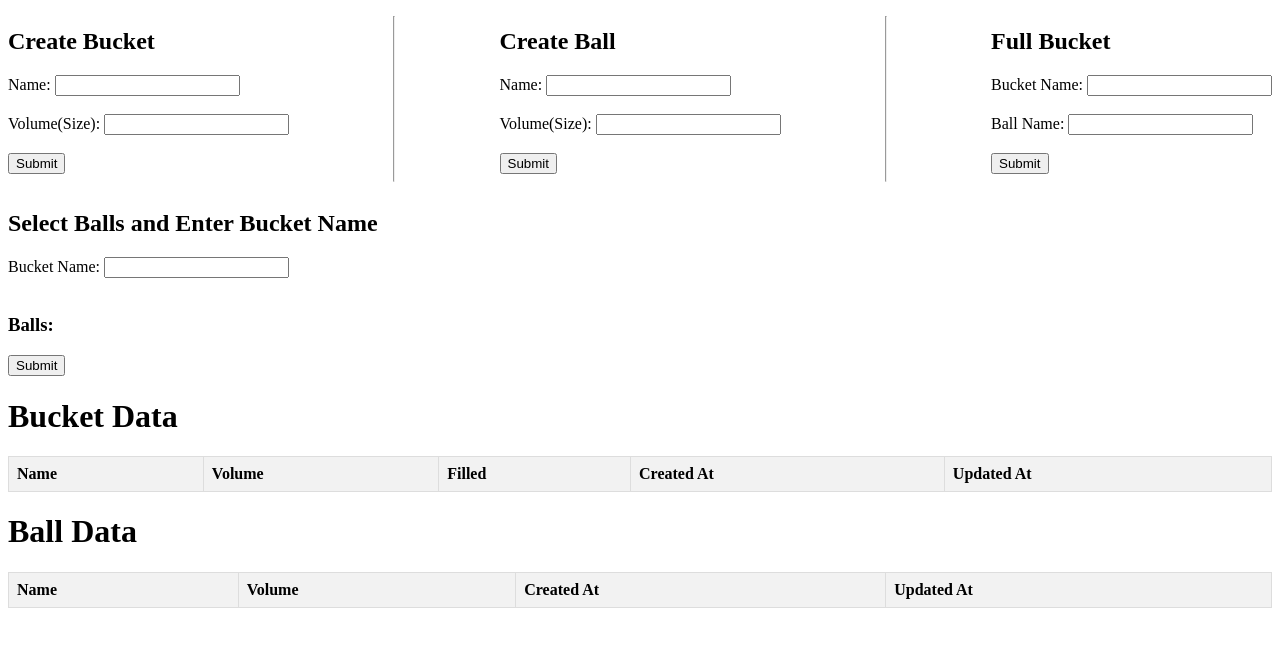
Repository: RajatPalankar8/nodejs_bucket_ball_task_new
Page: http://localhost/
The author's editor kept a copy of each file at every save. The page is drawn from the files as they stood at one save, then again after the next save.
The browser window is 1280 px wide. The pictures show the whole page.
The page is served by the project's Node server (index.js). Queries for data that is not in the repository find no rows.

Above is the page before, as saved 2023-07-28 15:17:16.

After the next save:
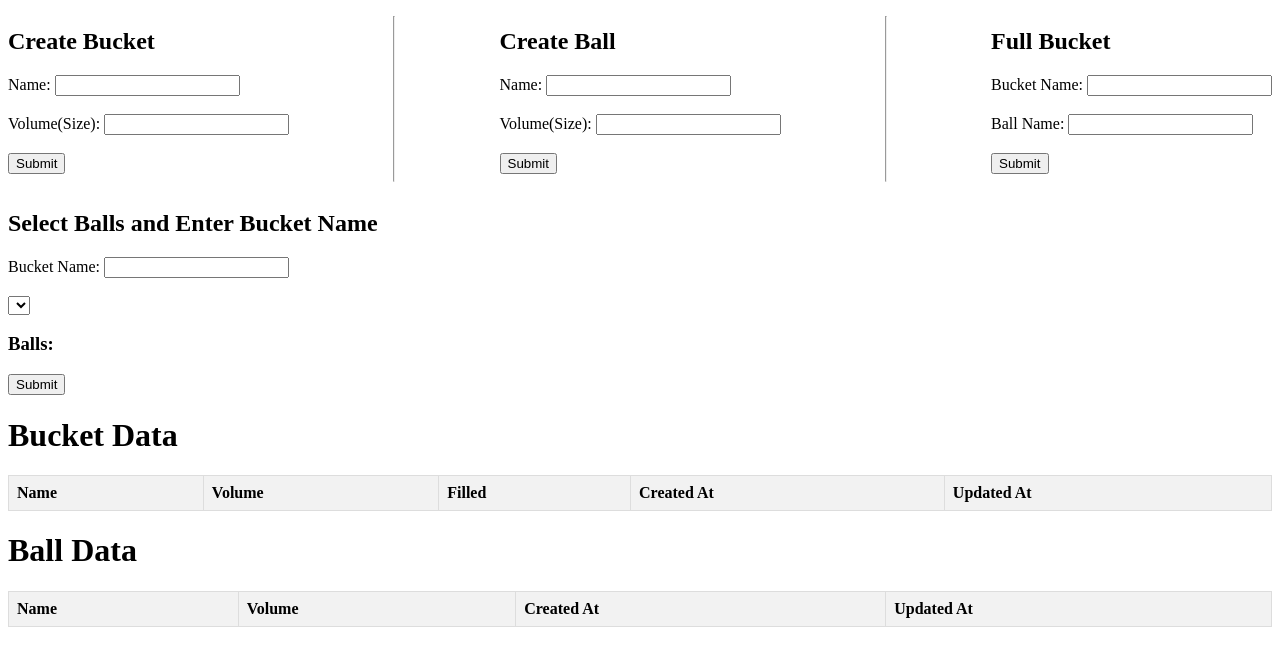
Saved 6 min 8 s later.
--- a/views/index.ejs
+++ b/views/index.ejs
@@ -61,7 +61,9 @@
   <form id="ballForm">
     <label for="bucketName">Bucket Name:</label>
     <input type="text" id="bucketName" name="bucketName"><br><br>
-
+    <select id="bucketNameSelect" name="bucketNameSelect">
+      <!-- The "Bucket Name" dropdown options will be dynamically added here -->
+    </select>
     <h3>Balls:</h3>
     <div id="ballList">
       <!-- Ball data from MongoDB will be dynamically added here -->
@@ -254,6 +256,25 @@
     });
   }
 
+  function fetchBucketOptions() {
+    axios.get('/api/getBucketOptions') // Replace "/api/getBucketOptions" with your server's endpoint for fetching bucket options
+      .then(response => {
+        const bucketOptions = response.data; // Assuming the response is an array of objects with value and label properties
+        populateBucketOptions(bucketOptions);
+      })
+      .catch(error => console.error('Error fetching bucket options:', error));
+  }
+
+  function populateBucketOptions(options) {
+    const bucketNameSelect = document.getElementById('bucketNameSelect');
+    options.forEach(option => {
+      const optionElement = document.createElement('option');
+      optionElement.value = option.value;
+      optionElement.textContent = option.label;
+      bucketNameSelect.appendChild(optionElement);
+    });
+  }
+
   // Handle form submission using event delegation
   const form = document.getElementById('ballForm');
   form.addEventListener('submit', (event) => {
